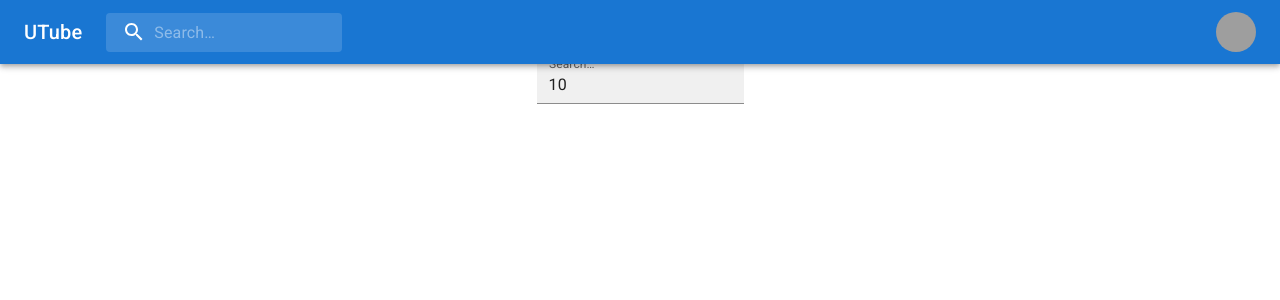
Repository: GokulDev4U/SocialBoatAssignment
Page: /
An editor plug-in stored every save of this project. The page is shown before and after a run of saves, followed by the edit.
The browser window is 1280 px wide. The pictures show the whole page.
Pictures or frames that could not be fetched are drawn as grey boxes. The page's requests for data from a server got no answer. The project was rebuilt for these pictures with package versions that can differ from the ones it lists, and the page was loaded fresh each time. No one was signed in, and anything a server would have sent is missing. Also part of the build but not shown: src/components/VideoCard.jsx.

Above is the page before, as saved 2022-05-15 17:01:21.

After the next 2 saves:
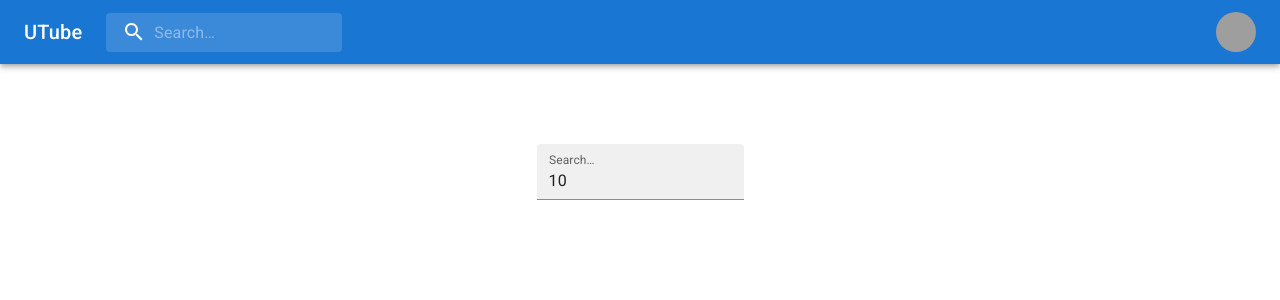
The 2 saves are shown as one change because 1 did not build or start.
The last was saved 62 s later.
--- a/src/components/Header.jsx
+++ b/src/components/Header.jsx
@@ -130,12 +130,15 @@ export default function Header() {
                     </Box>
                 </Toolbar>
             </AppBar>
-            <VideoList fetchVideo={data} />
-            <Box sx={{ display: 'flex', justifyContent: "center" }}>
+
+            <Box sx={{ display: 'flex', justifyContent: "center", marginY: 10 }}>
                 <TextField id="filled-basic" label="Search…"
                     onChange={(e) => setResults(e.target.value)} value={results} variant="filled" />
 
             </Box>
+
+            <VideoList fetchVideo={data} />
+
         </Box>
     );
 }
